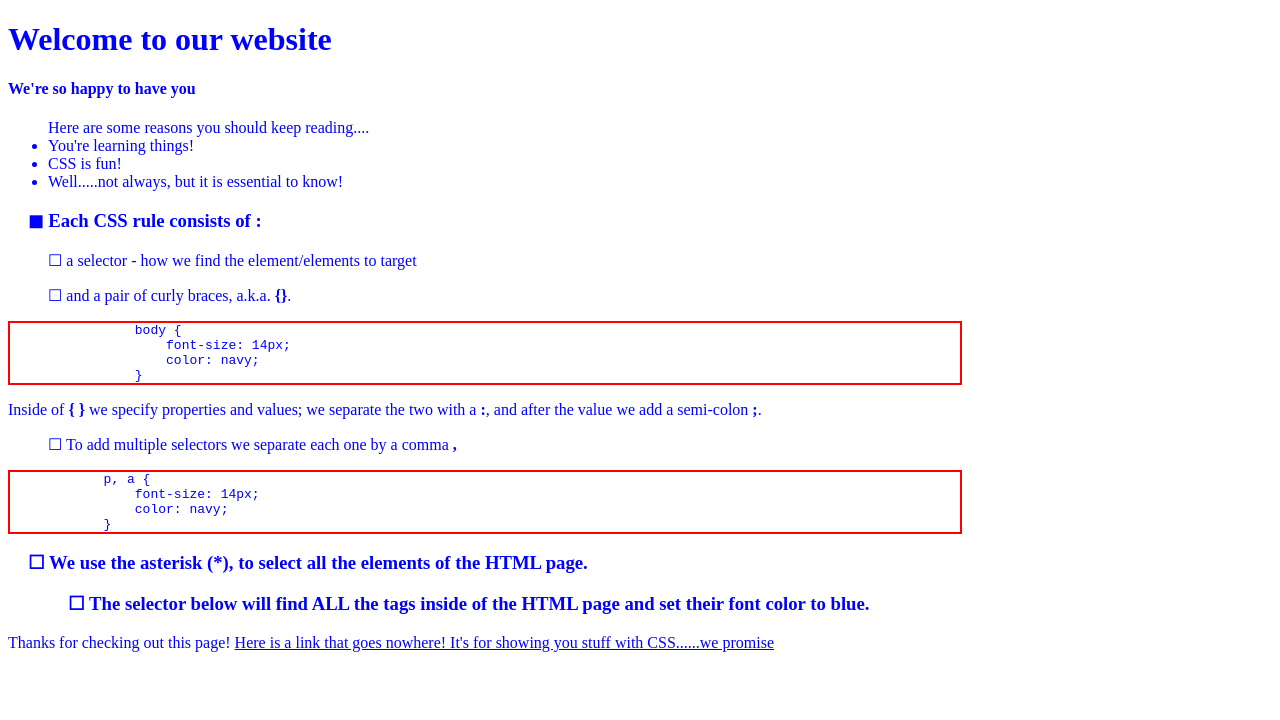
Repository: AnnaSpirit/Tests__
Page: CSS/Useful_Selectors.html
The author's editor kept a copy of each file at every save. The page is drawn from the files as they stood at one save, then again after the next save.
The browser window is 1280 px wide. The pictures show the whole page.

Above is the page before, as saved 2024-04-01 12:42:14.

After the next save:
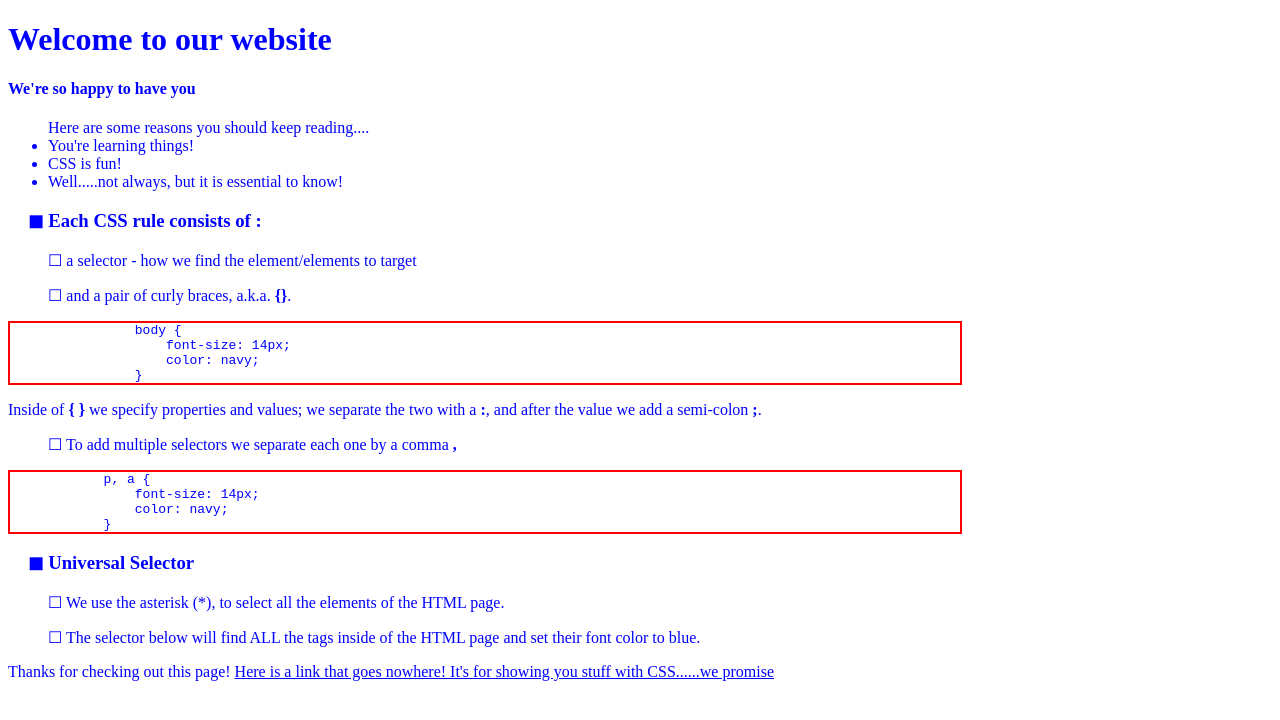
Saved 23 s later.
--- a/CSS/Useful_Selectors.html
+++ b/CSS/Useful_Selectors.html
@@ -36,7 +36,7 @@
                 color: navy;
             }</pre>
         </span>
-        <h3 style="padding-left: 20px; > &#9724; Universal Selector</h3>
+        <h3 style="padding-left: 20px;"> &#9724; Universal Selector</h3>
         <p style="padding-left: 40px;">&#9744; We use the asterisk (*), to select all the elements of the HTML page. </p>
         <p style="padding-left: 40px;">&#9744; The selector below will find ALL the tags inside of the HTML page and set their font color to blue.</p>
     </section>
